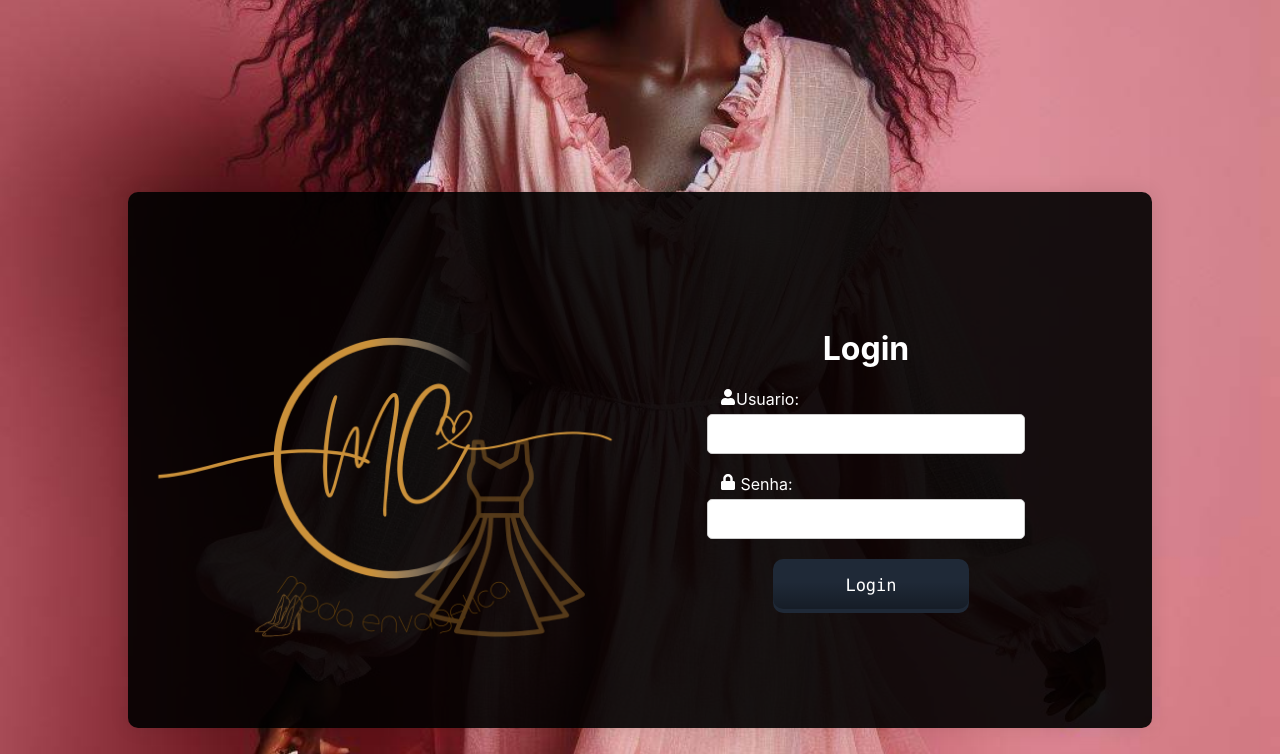
Repository: Mixchelle/ecommerce-moda-evangelica
Page: /login-admin
These files come from the project's save history. The page is drawn as it stood at one moment and after the next save; the edit follows.
The browser window is 1280 px wide. The pictures show the whole page.
The project was rebuilt for these pictures with package versions that can differ from the ones it lists, and the page was loaded fresh each time. Also part of the build but not shown: src/components/Header.js, src/components/CategoriesFilter.js, src/pages/Home.js, src/pages/Login.js, src/pages/Admin.js, src/pages/Cart.js.

Above is the page before, as saved 2024-04-29 22:20:16.

After the next save:
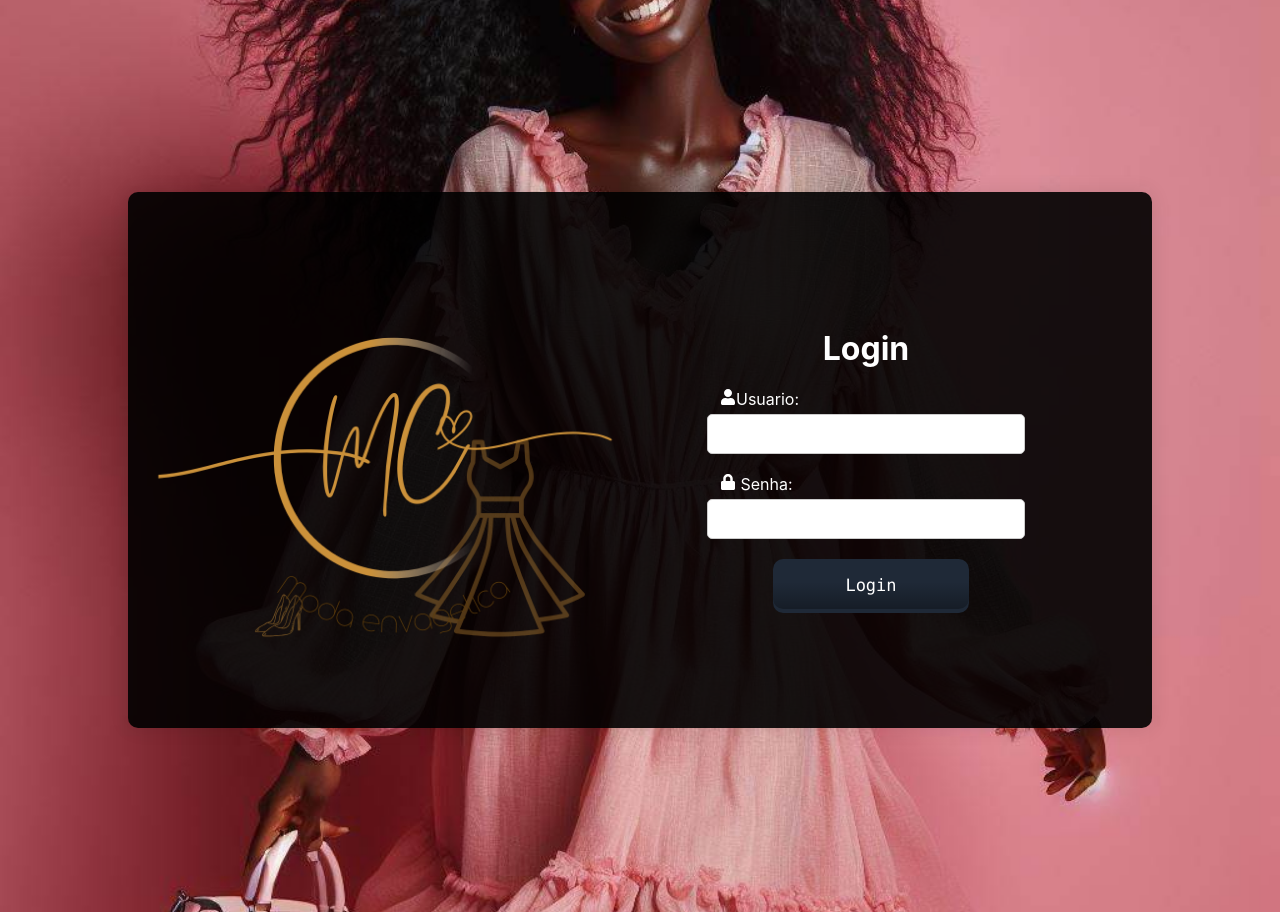
Saved 11 s later.
--- a/src/style/Login.css
+++ b/src/style/Login.css
@@ -3,7 +3,7 @@
   background-size: cover;
   background-repeat: no-repeat;
   background-position: center;
-  height: 78vh;
+  height: 100vh;
   margin: 0;
   padding: 0;
 }
